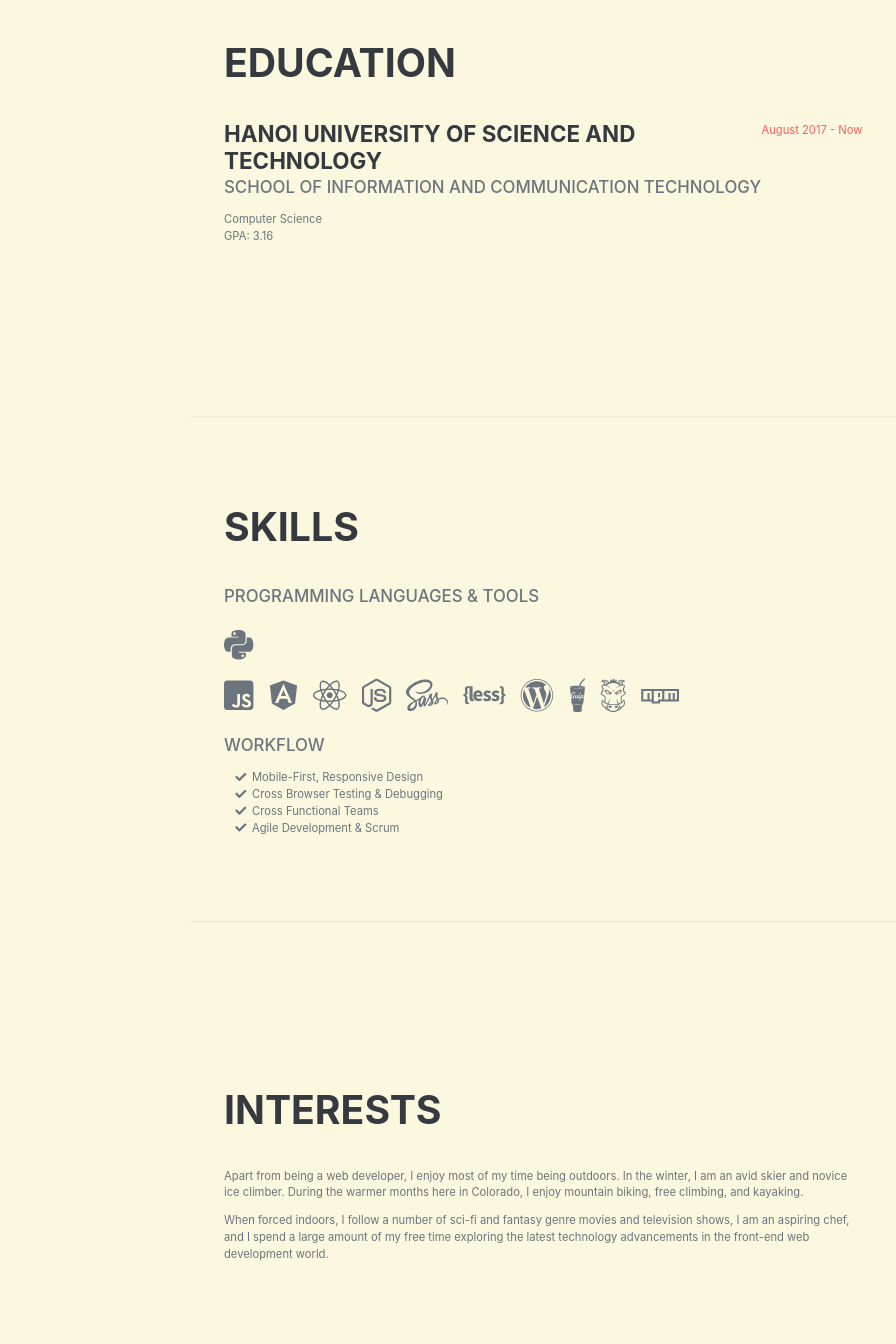
Repository: nguyenlcc/Online-CV
Page: index.html
An editor plug-in stored every save of this project. The page is shown before and after the next save, followed by the edit.
The browser window is 1280 px wide. The pictures show the part of the page from y = 1873 to 3793 px (the page is 4631 px tall), at 70% of full size.
Some icons come from a web library that is not loaded, so they are not drawn. Some web fonts or font styles are not loaded; a fallback is used. Some web libraries are served in a nearby version.

Above is the page before, as saved 2022-05-23 01:08:24.

### index.html
<!DOCTYPE html>
<html lang="en">
  <head>
    <meta charset="utf-8" />
    <meta
      name="viewport"
      content="width=device-width, initial-scale=1, shrink-to-fit=no"
    />
    <meta name="description" content="" />
    <meta name="author" content="" />
    <title>Le Cong Nguyen</title>
    <link rel="icon" type="image/x-icon" href="assets/img/favicon.ico" />
    <!-- Font Awesome icons (free version)-->
    <script
      src="https://use.fontawesome.com/releases/v5.13.0/js/all.js"
      crossorigin="anonymous"
    ></script>
    <!-- Google fonts-->
    <link
      href="https://fonts.googleapis.com/css?family=Saira+Extra+Condensed:500,700"
      rel="stylesheet"
      type="text/css"
    />
    <link
      href="https://fonts.googleapis.com/css?family=Muli:400,400i,800,800i"
      rel="stylesheet"
      type="text/css"
    />
    <!-- Core theme CSS (includes Bootstrap)-->
    <link href="css/styles.css" rel="stylesheet" />
  </head>
  <body id="page-top">
    <!-- Navigation-->
    <nav
      class="navbar navbar-expand-lg navbar-dark bg-primary fixed-top"
      id="sideNav"
    >
      <a class="navbar-brand js-scroll-trigger" href="#page-top">
        <span class="d-block d-lg-none">LE CONG NGUYEN</span>
        <span class="d-none d-lg-block"
          ><img
            class="img-fluid img-profile rounded-circle mx-auto mb-2"
            src="assets/img/profile.jpg"
            alt=""
        /></span>
      </a>
      <button
        class="navbar-toggler"
        type="button"
        data-toggle="collapse"
        data-target="#navbarSupportedContent"
        aria-controls="navbarSupportedContent"
        aria-expanded="false"
        aria-label="Toggle navigation"
      >
        <span class="navbar-toggler-icon"></span>
      </button>
      <div class="collapse navbar-collapse" id="navbarSupportedContent">
        <ul class="navbar-nav">
          <li class="nav-item">
            <a class="nav-link js-scroll-trigger" href="#about">About</a>
          </li>
          <li class="nav-item">
            <a class="nav-link js-scroll-trigger" href="#experience"
              >Experience</a
            >
          </li>
          <li class="nav-item">
            <a class="nav-link js-scroll-trigger" href="#education"
              >Education</a
            >
          </li>
          <li class="nav-item">
            <a class="nav-link js-scroll-trigger" href="#skills">Skills</a>
          </li>
          <li class="nav-item">
            <a class="nav-link js-scroll-trigger" href="#interests"
              >Interests</a
            >
          </li>
          <li class="nav-item">
            <a class="nav-link js-scroll-trigger" href="#awards">Awards</a>
          </li>
        </ul>
      </div>
    </nav>
    <!-- Page Content-->
    <div class="container-fluid p-0">
      <!-- About-->
      <section class="resume-section" id="about">
        <div class="resume-section-content">
          <h1 class="mb-0">
            LE CONG
            <span class="text-primary">NGUYEN</span>
          </h1>
          <div class="subheading mb-5">
            THINH LIET, HOANG MAI, HA NOI · 0904532091 ·
            <a href="mailto:name@email.com">nguyen.lc41@gmail.com</a>
          </div>
          <p class="lead mb-5">
            I am experienced in leveraging agile frameworks to provide a robust
            synopsis for high level overviews. Iterative approaches to corporate
            strategy foster collaborative thinking to further the overall value
            proposition.
          </p>
          <div class="social-icons">
            <a class="social-icon" href="https://www.linkedin.com/in/nguy%C3%AAn-l%C3%AA-c%C3%B4ng-0b1731233/"
              ><i class="fab fa-linkedin-in"></i
            ></a>
            <a class="social-icon" href="https://github.com/nguyenlecong"><i class="fab fa-github"></i></a>
            <a class="social-icon" href="https://twitter.com/vi3ix_"><i class="fab fa-twitter"></i></a>
            <a class="social-icon" href="https://www.facebook.com/nguyenlc5139/"
              ><i class="fab fa-facebook-f"></i
            ></a>
          </div>
        </div>
      </section>
      <hr class="m-0" />
      <!-- Experience-->
      <section class="resume-section" id="experience">
        <div class="resume-section-content">
          <h2 class="mb-5">Experience</h2>
          <div
            class="d-flex flex-column flex-md-row justify-content-between mb-5"
          >
            <div class="flex-grow-1">
              <h3 class="mb-0">Computer Vision Intern</h3>
              <div class="subheading mb-3">Arrow Technologies Vietnam</div>
              <p>
                Bring to the table win-win survival strategies to ensure
                proactive domination. At the end of the day, going forward, a
                new normal that has evolved from generation X is on the runway
                heading towards a streamlined cloud solution. User generated
                content in real-time will have multiple touchpoints for
                offshoring.
              </p>
            </div>
            <div class="flex-shrink-0">
              <span class="text-primary">September 2020 - December 2020</span>
            </div>
          </div>
          <div
            class="d-flex flex-column flex-md-row justify-content-between mb-5"
          >
            <div class="flex-grow-1">
              <h3 class="mb-0">AI Engineer Intern</h3>
              <div class="subheading mb-3">IBM Vietnam</div>
              <p>
                Capitalize on low hanging fruit to identify a ballpark value
                added activity to beta test. Override the digital divide with
                additional clickthroughs from DevOps. Nanotechnology immersion
                along the information highway will close the loop on focusing
                solely on the bottom line.
              </p>
            </div>
            <div class="flex-shrink-0">
              <span class="text-primary">June 2021 - September 2021</span>
            </div>
          </div>
          <div
            class="d-flex flex-column flex-md-row justify-content-between mb-5"
          >
            <div class="flex-grow-1">
              <h3 class="mb-0">Computer Vision Collaborator</h3>
              <div class="subheading mb-3">ThinkLABs JSC</div>
              <p>
                Podcasting operational change management inside of workflows to
                establish a framework. Taking seamless key performance
                indicators offline to maximise the long tail. Keeping your eye
                on the ball while performing a deep dive on the start-up
                mentality to derive convergence on cross-platform integration.
              </p>
            </div>
            <div class="flex-shrink-0">
              <span class="text-primary">December 2021 - June 2022</span>
            </div>
          </div>
        </div>
      </section>
      <hr class="m-0" />
      <!-- Education-->
      <section class="resume-section" id="education">
        <div class="resume-section-content">
          <h2 class="mb-5">Education</h2>
          <div
            class="d-flex flex-column flex-md-row justify-content-between mb-5"
          >
            <div class="flex-grow-1">
              <h3 class="mb-0">HANOI UNIVERSITY OF SCIENCE AND TECHNOLOGY</h3>
              <div class="subheading mb-3">
                SCHOOL OF INFORMATION AND COMMUNICATION TECHNOLOGY
              </div>
              <div>Computer Science</div>
              <p>GPA: 3.16</p>
            </div>
            <div class="flex-shrink-0">
              <span class="text-primary">August 2017 - Now</span>
            </div>
          </div>
          <!-- <div class="d-flex flex-column flex-md-row justify-content-between">
            <div class="flex-grow-1">
              <h3 class="mb-0">James Buchanan High School</h3>
              <div class="subheading mb-3">Technology Magnet Program</div>
              <p>GPA: 3.56</p>
            </div>
            <div class="flex-shrink-0">
              <span class="text-primary">August 2002 - May 2006</span>
            </div> -->
          </div>
        </div>
      </section>
      <hr class="m-0" />
      <!-- Skills-->
      <section class="resume-section" id="skills">
        <div class="resume-section-content">
          <h2 class="mb-5">Skills</h2>
          <div class="subheading mb-3">Programming Languages & Tools</div>
          <ul class="list-inline dev-icons">
            <li class="list-inline-item"><i class="fab fa-python"></i></li>
            <li class="iconify" data-icon="logos:tensorflow"></li>
            <li class="list-inline-item"><i class="fab fa-js-square"></i></li>
            <li class="list-inline-item"><i class="fab fa-angular"></i></li>
            <li class="list-inline-item"><i class="fab fa-react"></i></li>
            <li class="list-inline-item"><i class="fab fa-node-js"></i></li>
            <li class="list-inline-item"><i class="fab fa-sass"></i></li>
            <li class="list-inline-item"><i class="fab fa-less"></i></li>
            <li class="list-inline-item"><i class="fab fa-wordpress"></i></li>
            <li class="list-inline-item"><i class="fab fa-gulp"></i></li>
            <li class="list-inline-item"><i class="fab fa-grunt"></i></li>
            <li class="list-inline-item"><i class="fab fa-npm"></i></li>
          </ul>
          <div class="subheading mb-3">Workflow</div>
          <ul class="fa-ul mb-0">
            <li>
              <span class="fa-li"><i class="fas fa-check"></i></span>
              Mobile-First, Responsive Design
            </li>
            <li>
              <span class="fa-li"><i class="fas fa-check"></i></span>
              Cross Browser Testing & Debugging
            </li>
            <li>
              <span class="fa-li"><i class="fas fa-check"></i></span>
              Cross Functional Teams
            </li>
            <li>
              <span class="fa-li"><i class="fas fa-check"></i></span>
              Agile Development & Scrum
            </li>
          </ul>
        </div>
      </section>
      <hr class="m-0" />
      <!-- Interests-->
      <section class="resume-section" id="interests">
        <div class="resume-section-content">
          <h2 class="mb-5">Interests</h2>
          <p>
            Apart from being a web developer, I enjoy most of my time being
            outdoors. In the winter, I am an avid skier and novice ice climber.
            During the warmer months here in Colorado, I enjoy mountain biking,
            free climbing, and kayaking.
          </p>
          <p class="mb-0">
            When forced indoors, I follow a number of sci-fi and fantasy genre
            movies and television shows, I am an aspiring chef, and I spend a
            large amount of my free time exploring the latest technology
            advancements in the front-end web development world.
          </p>
        </div>
      </section>
      <hr class="m-0" />
      <!-- Awards-->
      <section class="resume-section" id="awards">
        <div class="resume-section-content">
          <h2 class="mb-5">Awards & Certifications</h2>
          <ul class="fa-ul mb-0">
            <li>
              <span class="fa-li"
                ><i class="fas fa-trophy text-warning"></i
              ></span>
              Silver Medal for Excellence in Mathematics on Casio Calculator in 12th Grade
            </li>
            <li>
              <span class="fa-li"
                ><i class="fas fa-trophy text-warning"></i
              ></span>
              Consolation Prize in the Provincial Examination for Excellent Students in Mathematics in 12th Grade
            </li>
            <li>
              <span class="fa-li"
                ><i class="fas fa-trophy text-warning"></i
              ></span>
              Level B of Scholarships for the Term 2 of the School Year 2020-2021, Hanoi University of Science and Technology
            </li>
            <li>
              <span class="fa-li"
                ><i class="fas fa-trophy text-warning"></i
              ></span>
              Level A of Scholarships for the Term 1 of the School Year 2021-2022, Hanoi University of Science and Technology
            </li>
          </ul>
        </div>
      </section>
    </div>
    <!-- Bootstrap core JS-->
    <script src="https://cdnjs.cloudflare.com/ajax/libs/jquery/3.5.1/jquery.min.js"></script>
    <script src="https://stackpath.bootstrapcdn.com/bootstrap/4.5.0/js/bootstrap.bundle.min.js"></script>
    <!-- Third party plugin JS-->
    <script src="https://cdnjs.cloudflare.com/ajax/libs/jquery-easing/1.4.1/jquery.easing.min.js"></script>
    <!-- Core theme JS-->
    <script src="js/scripts.js"></script>
  </body>
</html>

### js/scripts.js
/*!
    * Start Bootstrap - Resume v6.0.1 (https://startbootstrap.com/template-overviews/resume)
    * Copyright 2013-2020 Start Bootstrap
    * Licensed under MIT (https://github.com/StartBootstrap/startbootstrap-resume/blob/master/LICENSE)
    */
    (function ($) {
    "use strict"; // Start of use strict

    // Smooth scrolling using jQuery easing
    $('a.js-scroll-trigger[href*="#"]:not([href="#"])').click(function () {
        if (
            location.pathname.replace(/^\//, "") ==
                this.pathname.replace(/^\//, "") &&
            location.hostname == this.hostname
        ) {
            var target = $(this.hash);
            target = target.length
                ? target
                : $("[name=" + this.hash.slice(1) + "]");
            if (target.length) {
                $("html, body").animate(
                    {
                        scrollTop: target.offset().top,
                    },
                    1000,
                    "easeInOutExpo"
                );
                return false;
            }
        }
    });

    // Closes responsive menu when a scroll trigger link is clicked
    $(".js-scroll-trigger").click(function () {
        $(".navbar-collapse").collapse("hide");
    });

    // Activate scrollspy to add active class to navbar items on scroll
    $("body").scrollspy({
        target: "#sideNav",
    });
})(jQuery); // End of use strict

Loaded but not shown: css/styles.css (library)

After the next save:
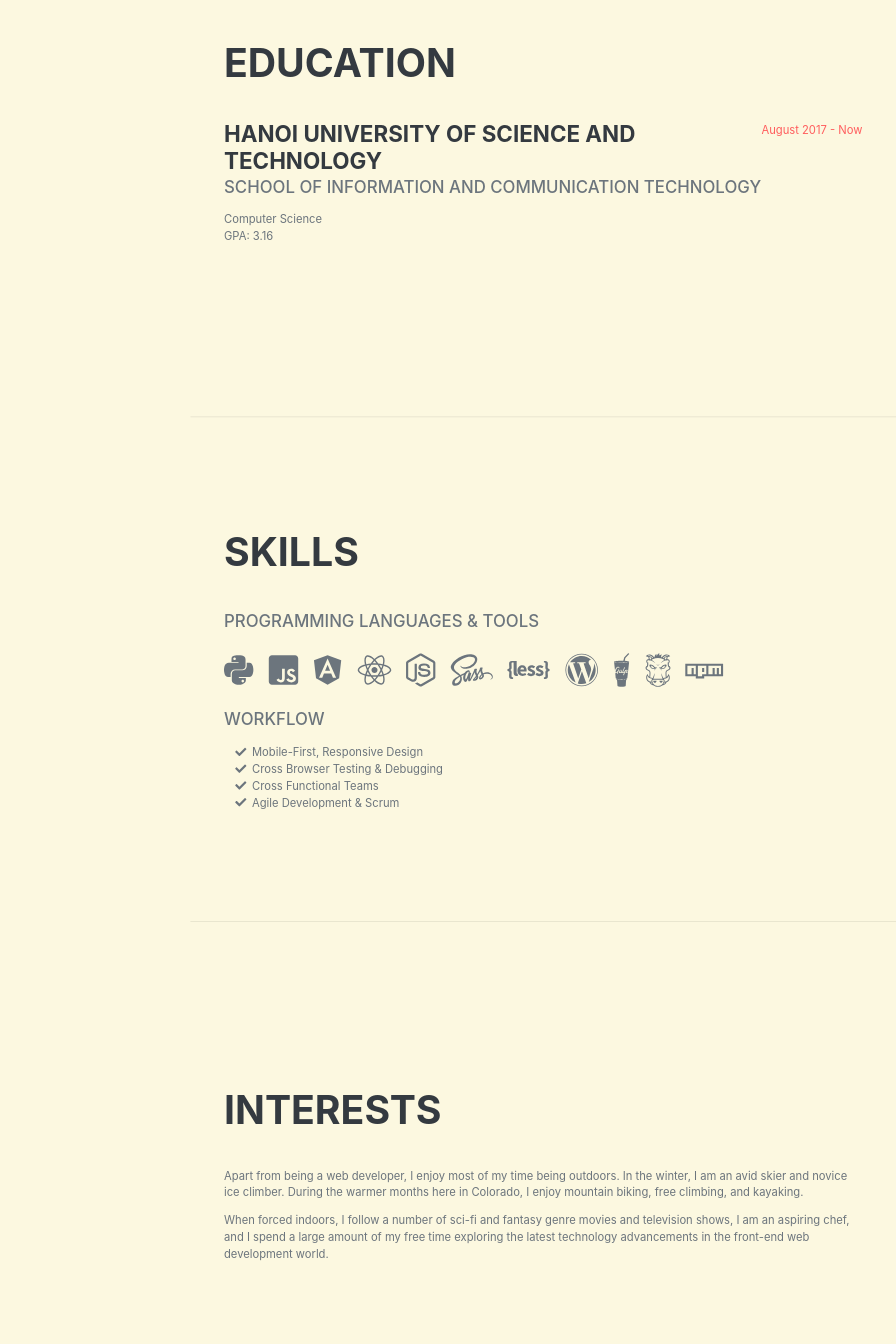
Saved 15 s later.
--- a/index.html
+++ b/index.html
@@ -217,7 +217,7 @@
           <div class="subheading mb-3">Programming Languages & Tools</div>
           <ul class="list-inline dev-icons">
             <li class="list-inline-item"><i class="fab fa-python"></i></li>
-            <li class="iconify" data-icon="logos:tensorflow"></li>
+            <span class="iconify" data-icon="logos:tensorflow"></span>
             <li class="list-inline-item"><i class="fab fa-js-square"></i></li>
             <li class="list-inline-item"><i class="fab fa-angular"></i></li>
             <li class="list-inline-item"><i class="fab fa-react"></i></li>
